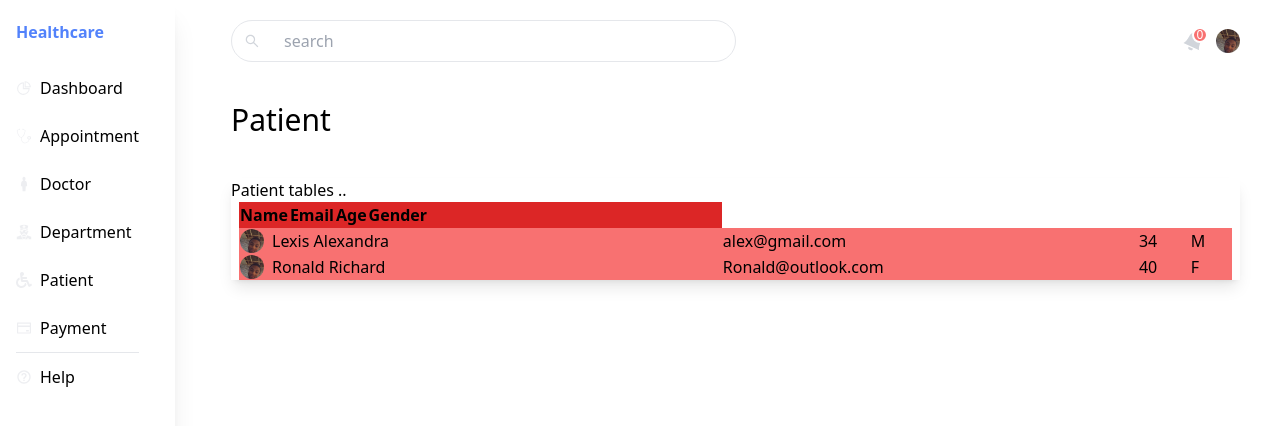
Repository: hisreal123/healthcare-dashboard
Page: /patient
These files come from the project's save history. The page is drawn as it stood at one moment and after a run of saves; the edit follows.
The browser window is 1280 px wide. The pictures show the whole page.
The project was rebuilt for these pictures with package versions that can differ from the ones it lists, and the page was loaded fresh each time. Also part of the build but not shown: vite.config.ts, src/routes/Error.tsx, src/views/Dashboard.tsx, components/tables/AppointementTable.tsx, src/views/Appointment.tsx, src/views/Doctor.tsx, src/views/Department.tsx, src/views/Payment.tsx and 1 more.

Above is the page before, as saved 2023-05-05 18:59:34.

After the next 2 saves:
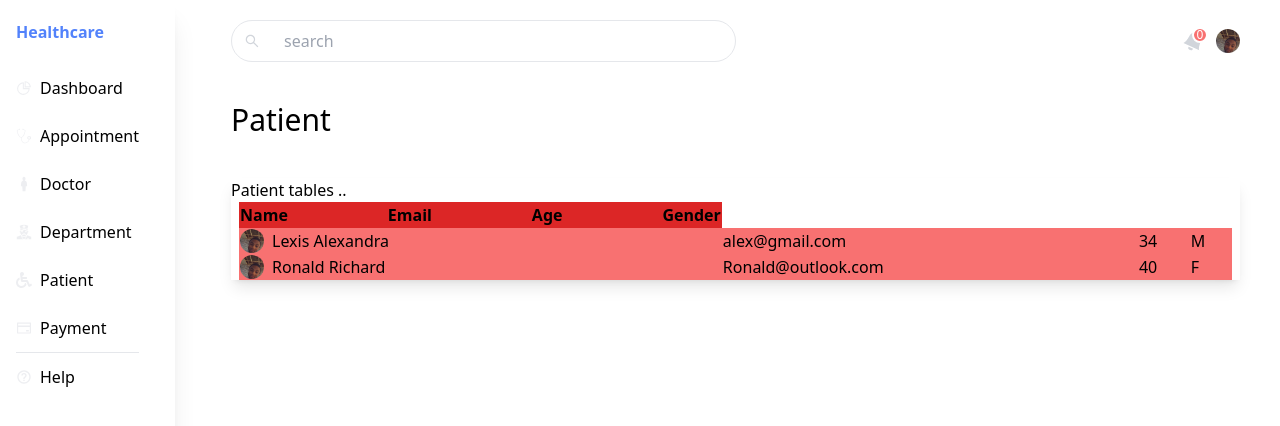
The 2 saves are shown as one change because they came seconds apart.
The last was saved 13 s later.
--- a/components/tables/PatientsTable.tsx
+++ b/components/tables/PatientsTable.tsx
@@ -40,7 +40,7 @@ export default function PatientTable({ patientStyle }: PatientTableProps) {
             <>
                 <div className="wrap px-2 w-full">
                     <table className="w-full relative">
-                        <tr className="min:w-full flex relative bg-red-600">
+                        <tr className="min:w-full justify-between flex relative bg-red-600">
                             <th>Name</th>
                             <th>Email</th>
                             <th>Age</th>
